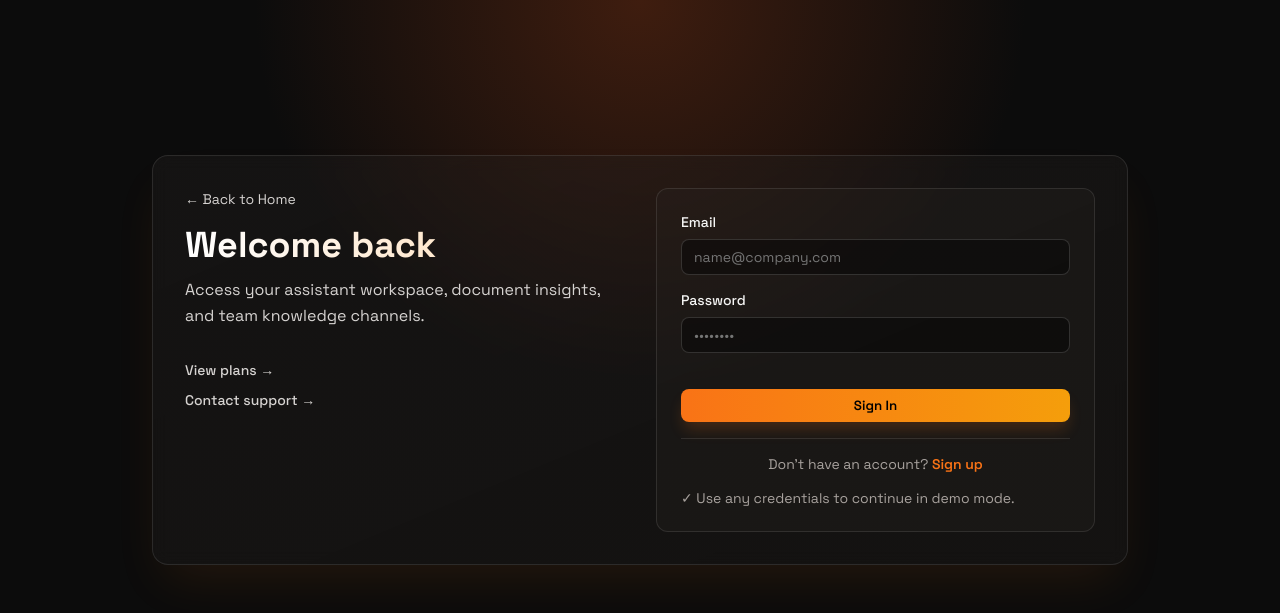
Repository: 4hmedshanu/RAG_Project_collage
Page: http://localhost/loginpage
An editor plug-in stored every save of this project. The page is shown before and after the next save, followed by the edit.
The browser window is 1280 px wide. The pictures show the whole page.
The page is this project's Thymeleaf template; nobody is signed in. The template is opened directly, without the code that normally fills it, so the values that code supplies are empty.

Above is the page before, as saved 2026-05-31 12:41:58.

### frontenddoc/src/main/resources/templates/loginpage.html
<!DOCTYPE html>
<html lang="en">
<head>
  <meta charset="UTF-8" />
  <meta name="viewport" content="width=device-width, initial-scale=1.0" />
  <title>DocuMindAI | Login</title>
  <link rel="preconnect" href="https://fonts.googleapis.com">
  <link rel="preconnect" href="https://fonts.gstatic.com" crossorigin>
  <link href="https://fonts.googleapis.com/css2?family=Space+Grotesk:wght@400;500;600;700&display=swap" rel="stylesheet">
  <link rel="stylesheet" href="css/loginpage.css" />
  <script src="js/loginpage.js" defer></script>
</head>
<body>
  <main class="main-container">
    <section class="login-card">
      <div class="login-info">
        <a href="landingpage" class="link-back">← Back to Home</a>
        <h1 class="gradient-heading">Welcome back</h1>
        <p class="description">Access your assistant workspace, document insights, and team knowledge channels.</p>
        <div class="links-group">
          <p><a href="pricinglagacy.html" class="link-hover">View plans →</a></p>
          <p><a href="support.html" class="link-hover">Contact support →</a></p>
        </div>
      </div>

      <form onsubmit="loginDemo(event)" class="login-form">
        <label for="email" class="form-label">Email</label>
        <input id="email" type="email" class="form-input" placeholder="name@company.com" />

        <label for="password" class="form-label">Password</label>
        <input id="password" type="password" class="form-input" placeholder="••••••••" />

        <button type="submit" class="btn-primary">Sign In</button>


        <p class="signup-text">
          Don't have an account? <a href="signup.html" class="link-brand">Sign up</a>
        </p>
        <p id="note" class="note-text">✓ Use any credentials to continue in demo mode.</p>
      </form>
    </section>
  </main>
</body>
</html>

### frontenddoc/src/main/resources/static/css/loginpage.css
:root {
  --brand: #f97316;
  --brand-light: #fdba74;
  --bg-dark: #0c0c0c;
  --stone-100: #f5f5f4;
  --stone-300: #d6d3d1;
  --stone-400: #a8a29e;
  --white-10: rgba(255, 255, 255, 0.1);
  --white-15: rgba(255, 255, 255, 0.15);
}

* {
  box-sizing: border-box;
  margin: 0;
  padding: 0;
}

html, body {
  height: 100%;
}

body {
  font-family: 'Space Grotesk', sans-serif;
  color: var(--stone-100);
  background: radial-gradient(circle at top, #3f1d0f, transparent 40%), var(--bg-dark);
  background-attachment: fixed;
}

.main-container {
  margin: 0 auto;
  display: flex;
  min-height: 100%;
  max-width: 64rem; /* 1024px max-w-5xl */
  align-items: center;
  padding: 4rem 1.5rem; /* py-16 px-6 */
}

.login-card {
  width: 100%;
  display: grid;
  gap: 2rem;
  border-radius: 1rem;
  border: 1px solid var(--white-10);
  background: linear-gradient(to bottom right, rgba(41, 37, 36, 0.3), rgba(28, 25, 23, 0.5));
  padding: 2rem;
  box-shadow: 0 25px 50px -12px rgba(249, 115, 22, 0.1);
  backdrop-filter: blur(8px);
}

@media (min-width: 768px) {
  .login-card {
    grid-template-columns: repeat(2, 1fr);
  }
}

.link-back {
  font-size: 0.875rem;
  color: var(--stone-300);
  text-decoration: none;
  transition: color 0.2s;
}

.link-back:hover {
  color: var(--brand);
}

.gradient-heading {
  margin-top: 1rem;
  font-size: 2.25rem;
  line-height: 2.5rem;
  font-weight: 700;
  background: linear-gradient(to right, #ffffff, #fed7aa);
  -webkit-background-clip: text;
  -webkit-text-fill-color: transparent;
}

.description {
  margin-top: 0.75rem;
  line-height: 1.625;
  color: var(--stone-300);
}

.links-group {
  margin-top: 2rem;
  font-size: 0.875rem;
  color: var(--stone-300);
  display: flex;
  flex-direction: column;
  gap: 0.75rem;
}

.link-hover {
  font-weight: 500;
  text-decoration: none;
  color: inherit;
  transition: color 0.2s;
}

.link-hover:hover {
  color: var(--brand);
}

.login-form {
  border-radius: 0.75rem;
  border: 1px solid var(--white-10);
  background: rgba(41, 37, 36, 0.3);
  padding: 1.5rem;
}

.form-label {
  display: block;
  font-size: 0.875rem;
  font-weight: 500;
  margin-bottom: 0.5rem;
}

.form-input {
  width: 100%;
  border-radius: 0.5rem;
  border: 1px solid var(--white-15);
  background: rgba(0, 0, 0, 0.4);
  padding: 0.5rem 0.75rem;
  font-size: 0.875rem;
  color: inherit;
  outline: none;
  margin-bottom: 1rem;
  transition: border-color 0.2s, box-shadow 0.2s;
  font-family: inherit;
}

.form-input:focus {
  border-color: var(--brand);
  box-shadow: 0 10px 15px -3px rgba(249, 115, 22, 0.1);
}

.btn-primary {
  width: 100%;
  margin-top: 1.25rem;
  border-radius: 0.5rem;
  background: linear-gradient(to right, var(--brand), #f59e0b);
  padding: 0.5rem 1rem;
  font-weight: 600;
  color: #000;
  border: none;
  cursor: pointer;
  box-shadow: 0 10px 15px -3px rgba(249, 115, 22, 0.2);
  transition: box-shadow 0.2s;
  font-family: inherit;
}

.btn-primary:hover {
  box-shadow: 0 20px 25px -5px rgba(249, 115, 22, 0.3);
}

.link-demo {
  display: block;
  margin-top: 0.75rem;
  text-align: center;
  font-size: 0.875rem;
  font-weight: 500;
  color: rgba(255, 255, 255, 0.7);
  text-decoration: none;
  transition: color 0.2s;
}

.link-demo:hover {
  color: var(--brand);
}

.signup-text {
  margin-top: 1rem;
  border-top: 1px solid var(--white-10);
  padding-top: 1rem;
  text-align: center;
  font-size: 0.875rem;
  color: var(--stone-400);
}

.link-brand {
  font-weight: 600;
  color: var(--brand);
  text-decoration: none;
  transition: color 0.2s;
}

.link-brand:hover {
  color: var(--brand-light);
}

.note-text {
  margin-top: 1rem;
  font-size: 0.875rem;
  color: var(--stone-400);
}

/* JavaScript Dynamic Classes */
.text-error { color: #f87171; }
.text-success { color: #34d399; }

### frontenddoc/src/main/resources/static/js/loginpage.js
function loginDemo(event) {
  event.preventDefault();

  const email = document.getElementById('email').value.trim();
  const password = document.getElementById('password').value.trim();
  const note = document.getElementById('note');

  // Reset classes to base state
  note.className = 'note-text';

  if (!email || !password) {
    note.textContent = 'Please enter email and password.';
    note.classList.add('text-error');
    return;
  }

  note.textContent = 'Signed in. Redirecting to dashboard...';
  note.classList.add('text-success');

  setTimeout(() => {
    window.location.href = 'dashboard.html';
  }, 500);
}

After the next save:
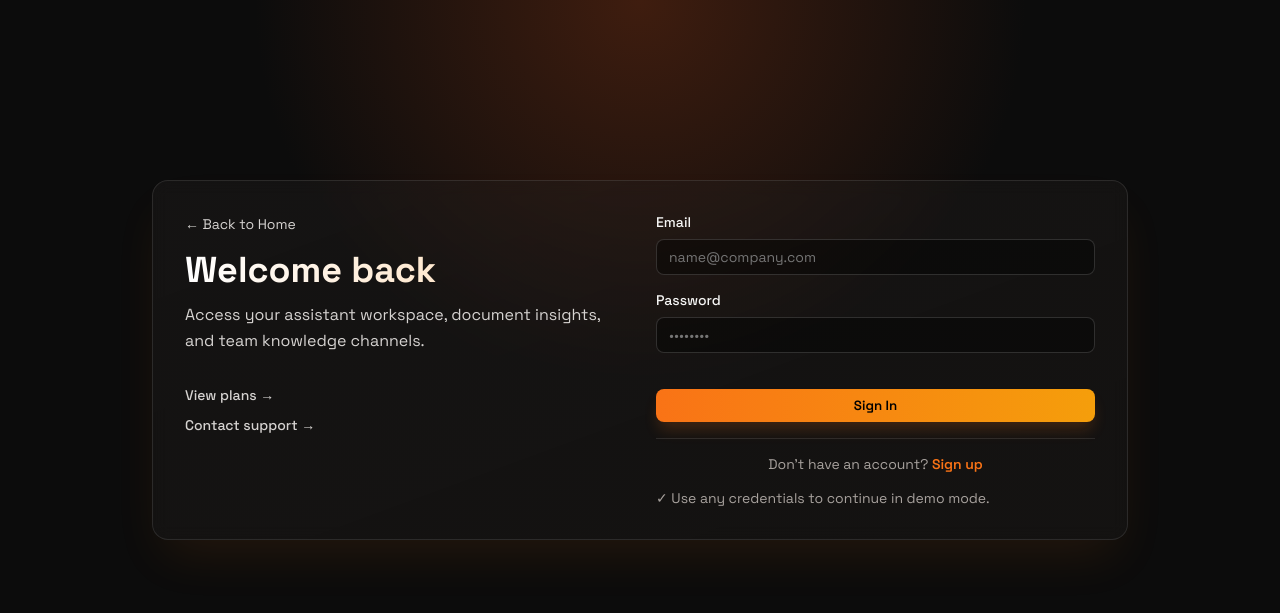
Saved 6 s later.
--- a/frontenddoc/src/main/resources/templates/loginpage.html
+++ b/frontenddoc/src/main/resources/templates/loginpage.html
@@ -22,13 +22,13 @@
           <p><a href="support.html" class="link-hover">Contact support →</a></p>
         </div>
       </div>
-
-      <form onsubmit="loginDemo(event)" class="login-form">
+      <!-- onsubmit="loginDemo(event)" class="login-form" -->
+      <form action="loginsuces" method="post">
         <label for="email" class="form-label">Email</label>
-        <input id="email" type="email" class="form-input" placeholder="name@company.com" />
+        <input id="email" name="" type="email" class="form-input" placeholder="name@company.com" />
 
         <label for="password" class="form-label">Password</label>
-        <input id="password" type="password" class="form-input" placeholder="••••••••" />
+        <input id="password" name=""  type="password" class="form-input" placeholder="••••••••" />
 
         <button type="submit" class="btn-primary">Sign In</button>
 
